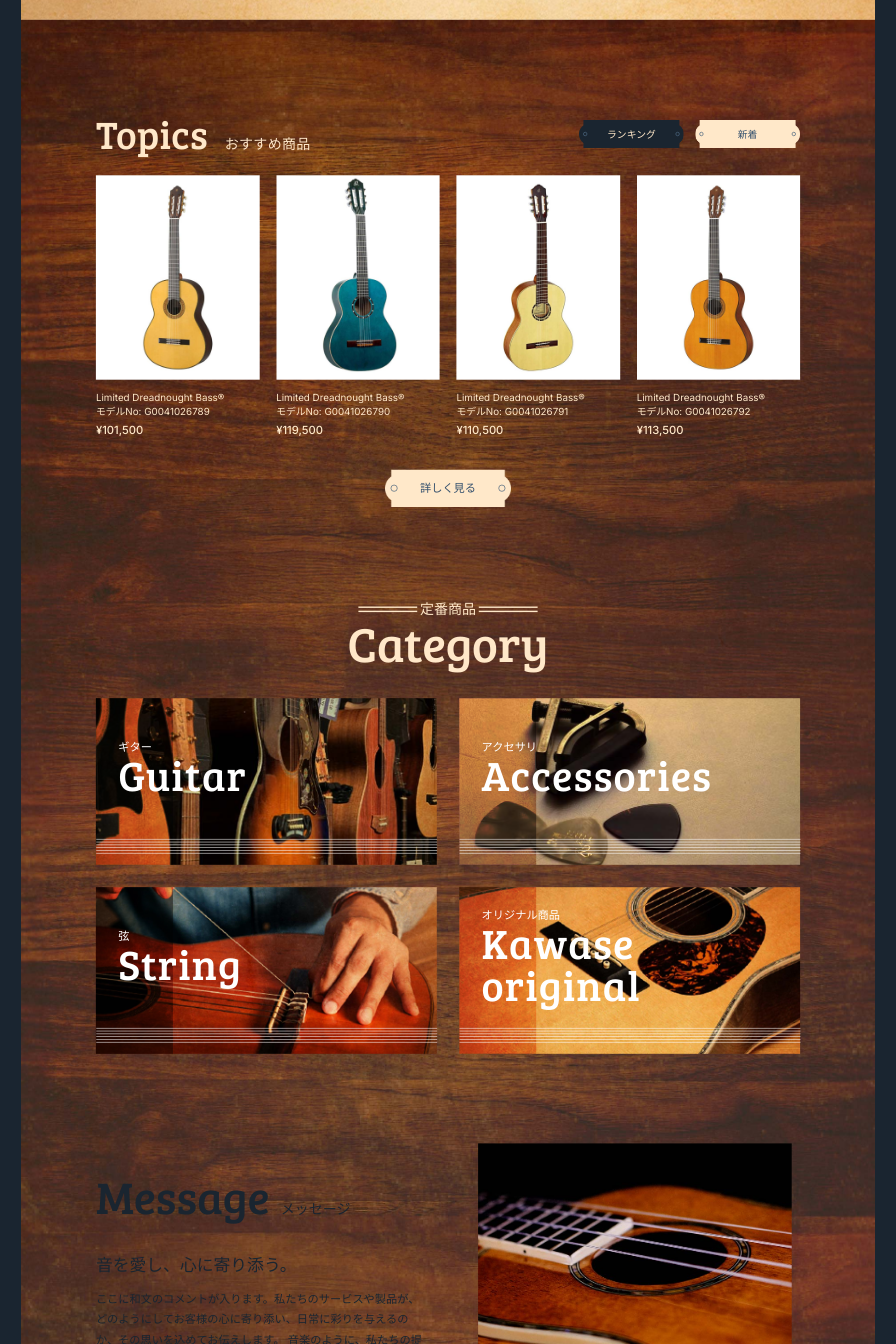
Repository: hyms035k/-----
Page: index.html
The author's editor kept a copy of each file at every save. The page is drawn from the files as they stood at one save, then again after the next save.
The browser window is 1280 px wide. The pictures show the part of the page from y = 1309 to 3229 px (the page is 3431 px tall before and 3438 px after), at 70% of full size.
Some web fonts or font styles are not loaded; a fallback is used. Some web libraries are served in a nearby version. The style sheet was rebuilt from its Sass, Less or Tailwind sources for each picture, by a compiler version that may differ from the author's.

Above is the page before, as saved 2025-06-05 16:42:19.

After the next save:
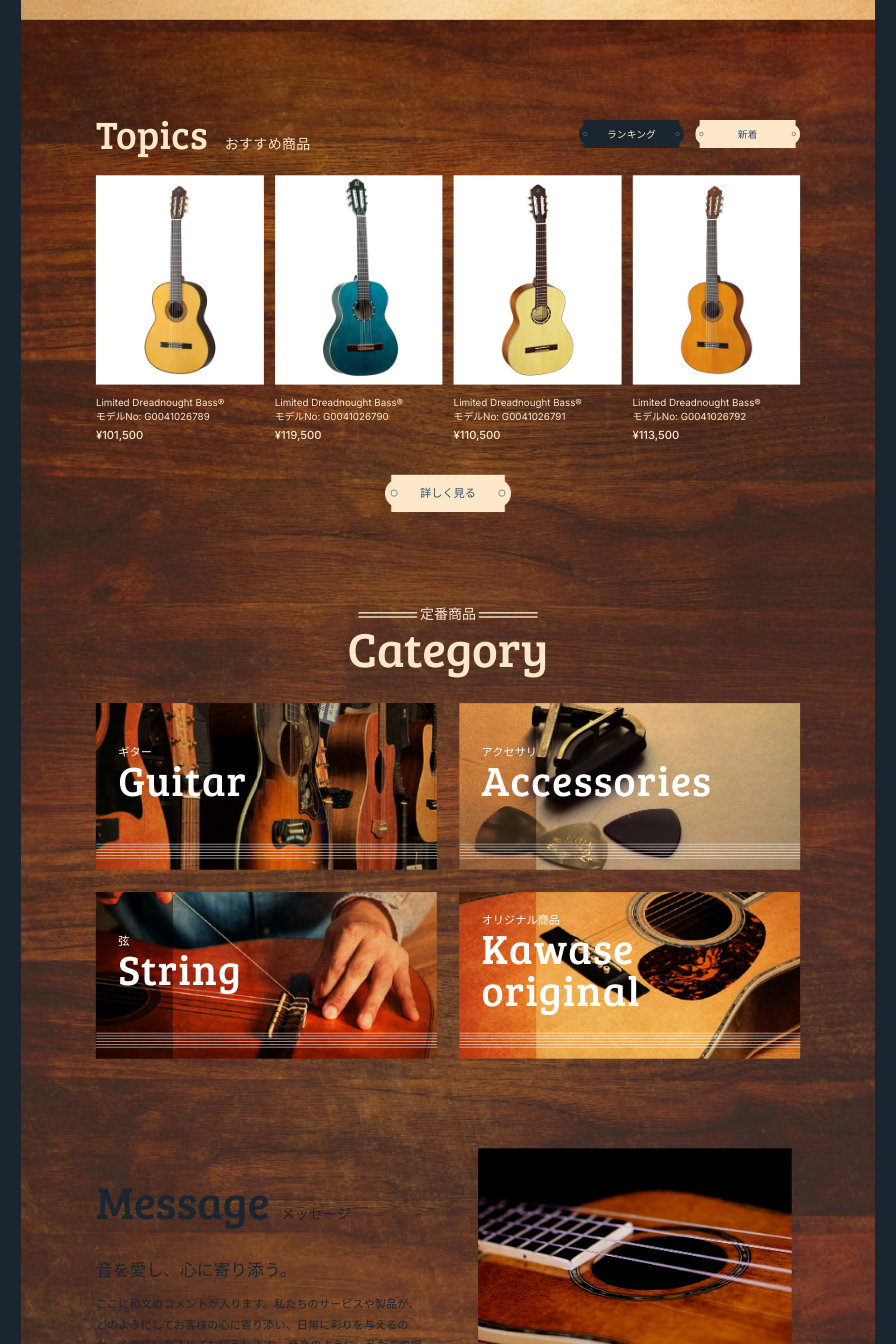
Saved 42 s later.
--- a/index.html
+++ b/index.html
@@ -198,7 +198,7 @@
                             </div>
                         </div>
                         <!-- 商品カードリスト -->
-                        <div class="grid grid-cols-2 md:grid-cols-4 gap-6 mt-6 mb-11">
+                        <div class="grid grid-cols-2 md:grid-cols-4 gap-6 md:gap-4 mt-6 mb-11">
                             <!-- 商品カード（繰り返し） -->
                             <a href="" class="text-left block">
                                 <img src="./img/top__block2nd_topics_guiter_1.jpg" alt="Limited Dreadnought Bass" class="mx-auto mb-4">
